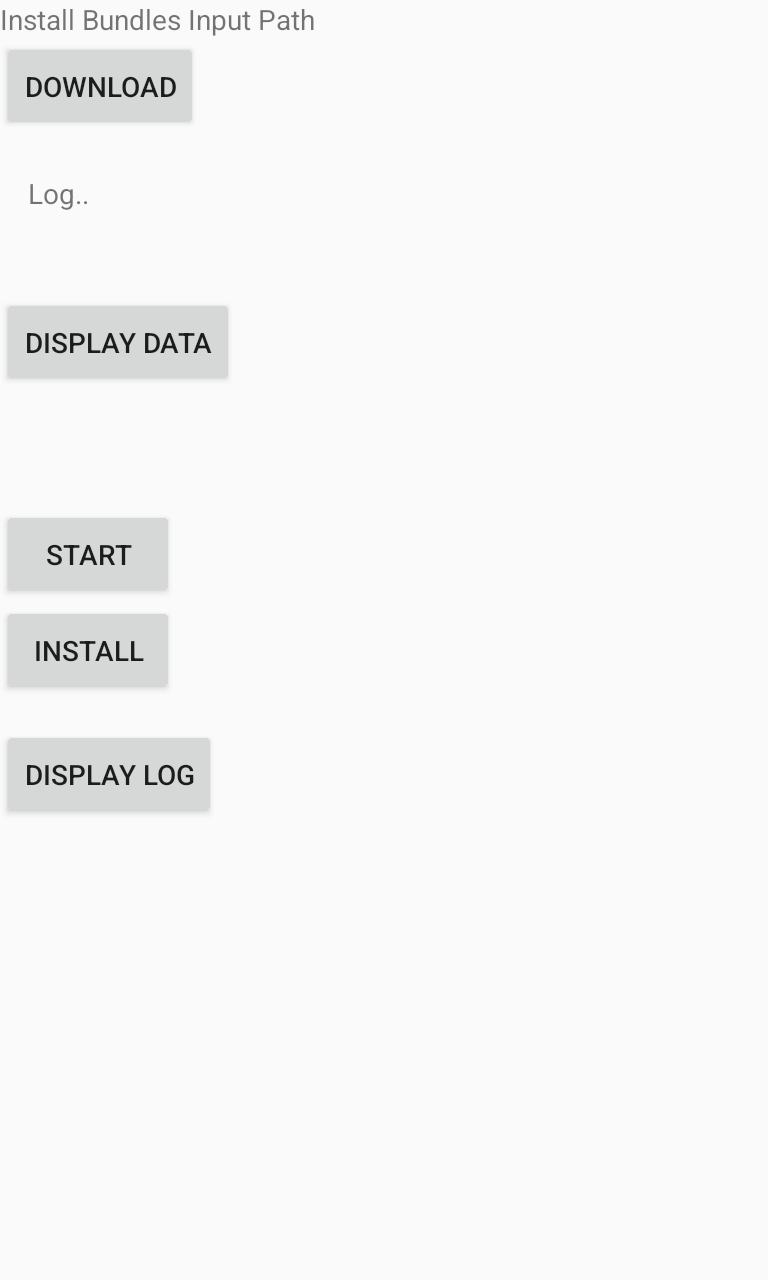
Repository: theodosiac/gyroscope_Rest_Android
Layout: HelloFelix/res/layout/activity_main.xml
The author's editor kept a copy of each file at every save. The layout is drawn from the files as they stood at one save, then again after the next save.
It is drawn on a 768 x 1280 px phone screen (xhdpi) without system bars, with theme AppTheme; the app's code is not run.

Above is the layout before, as saved 2015-03-25 18:36:31.

### HelloFelix/res/layout/activity_main.xml
<LinearLayout xmlns:android="http://schemas.android.com/apk/res/android"
    xmlns:tools="http://schemas.android.com/tools"
    android:layout_width="match_parent"
    android:layout_height="match_parent"
    android:orientation="vertical"
    tools:context=".MainActivity" >

    	<LinearLayout
		    android:layout_width="match_parent"
		    android:layout_height="match_parent"
		    android:orientation="vertical"
		    tools:context=".MainActivity" >
 		     <TextView
		        android:id="@+id/textView1"
		        android:layout_width="wrap_content"
		        android:layout_height="wrap_content"
		        android:text="Install Bundles Input Path" />
		     <Button
		        android:id="@+id/button5"
		        android:layout_width="wrap_content"
		        android:layout_height="wrap_content"
		        android:onClick="DownloadBundle"
		        android:text="Download" />
    <TextView
        android:id="@+id/text_view"
        android:layout_width="wrap_content"
        android:layout_height="wrap_content"
        android:layout_alignParentLeft="true"
        android:layout_alignParentTop="true"
        android:layout_marginLeft="14dp"
        android:layout_marginTop="20dp"
        android:text="Log.." />
    <Button
        android:id="@+id/button1"
        android:layout_width="wrap_content"
        android:layout_height="wrap_content"
        android:layout_alignParentLeft="true"
        android:layout_marginTop="41dp"
        android:onClick="displayData"
        android:text="@string/button_displayData" />
    <Button
        android:id="@+id/button4"
        android:layout_width="wrap_content"
        android:layout_height="wrap_content"
        android:layout_marginTop="58dp"
        android:onClick="StartBundles"
        android:text="Start" />
    <Button
        android:id="@+id/button2"
        android:layout_width="wrap_content"
        android:layout_height="wrap_content"
        android:onClick="InstallBundles"
        android:text="@string/installBundles" />
    <Button
        android:id="@+id/button3"
        android:layout_width="wrap_content"
        android:layout_height="wrap_content"
        android:layout_marginTop="14dp"
        android:onClick="displayLog"
        android:text="@string/button_displayLog" />


</LinearLayout>

### HelloFelix/res/values/strings.xml
<?xml version="1.0" encoding="utf-8"?>
<resources>

    <string name="app_name" translatable="false">HelloFelix</string>
    <string name="hello_world" translatable="false">Hello world!</string>
    <string name="action_settings" translatable="false">Settings</string>

	<string name="button_displayLog">Display Log</string>
	<string name="button_displayData">Display Data</string>
	<string name="installBundles">Install</string>


	<string name="text_view">TextView</string>


</resources>

Loaded but not shown: HelloFelix/res/values/styles.xml (common file); HelloFelix/res/values-v11/styles.xml (common file); HelloFelix/res/values-v14/styles.xml (common file)

After the next save:
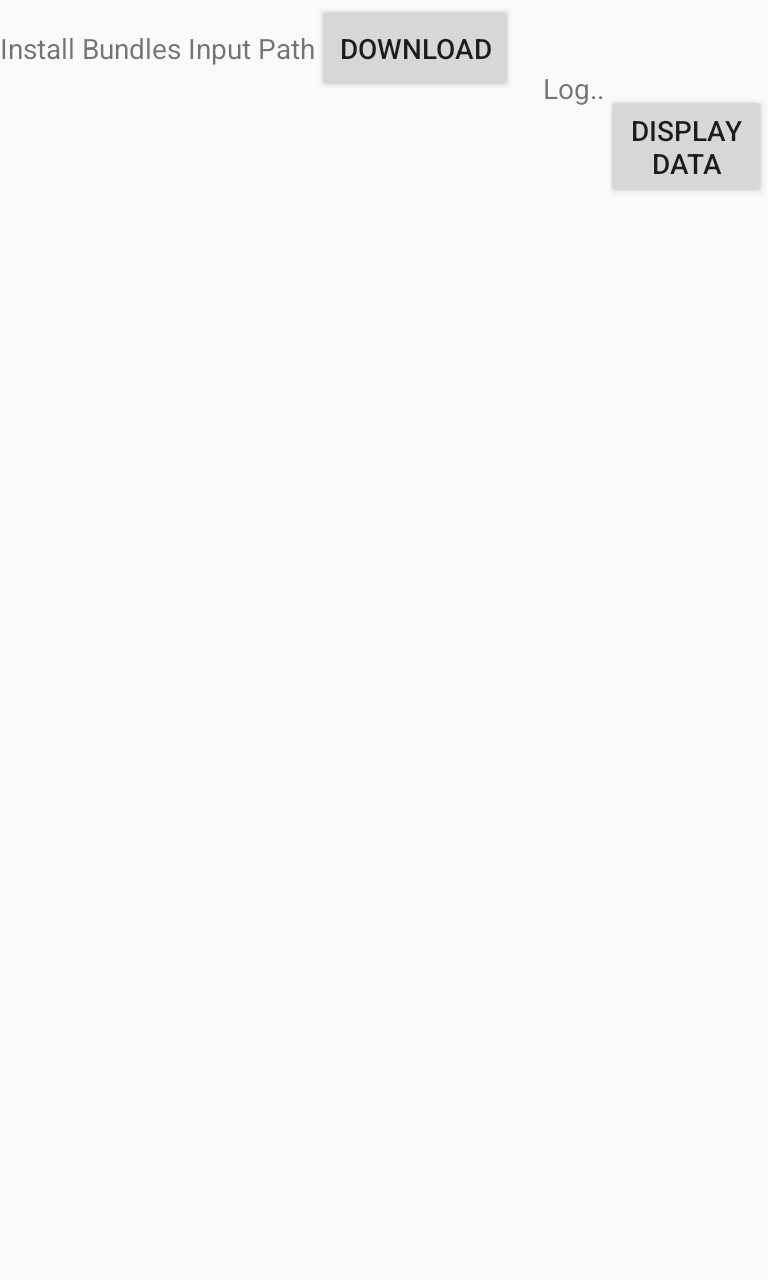
Saved 28 s later.
--- a/HelloFelix/res/layout/activity_main.xml
+++ b/HelloFelix/res/layout/activity_main.xml
@@ -8,7 +8,7 @@
     	<LinearLayout
 		    android:layout_width="match_parent"
 		    android:layout_height="match_parent"
-		    android:orientation="vertical"
+		    android:orientation="horizontal"
 		    tools:context=".MainActivity" >
  		     <TextView
 		        android:id="@+id/textView1"
